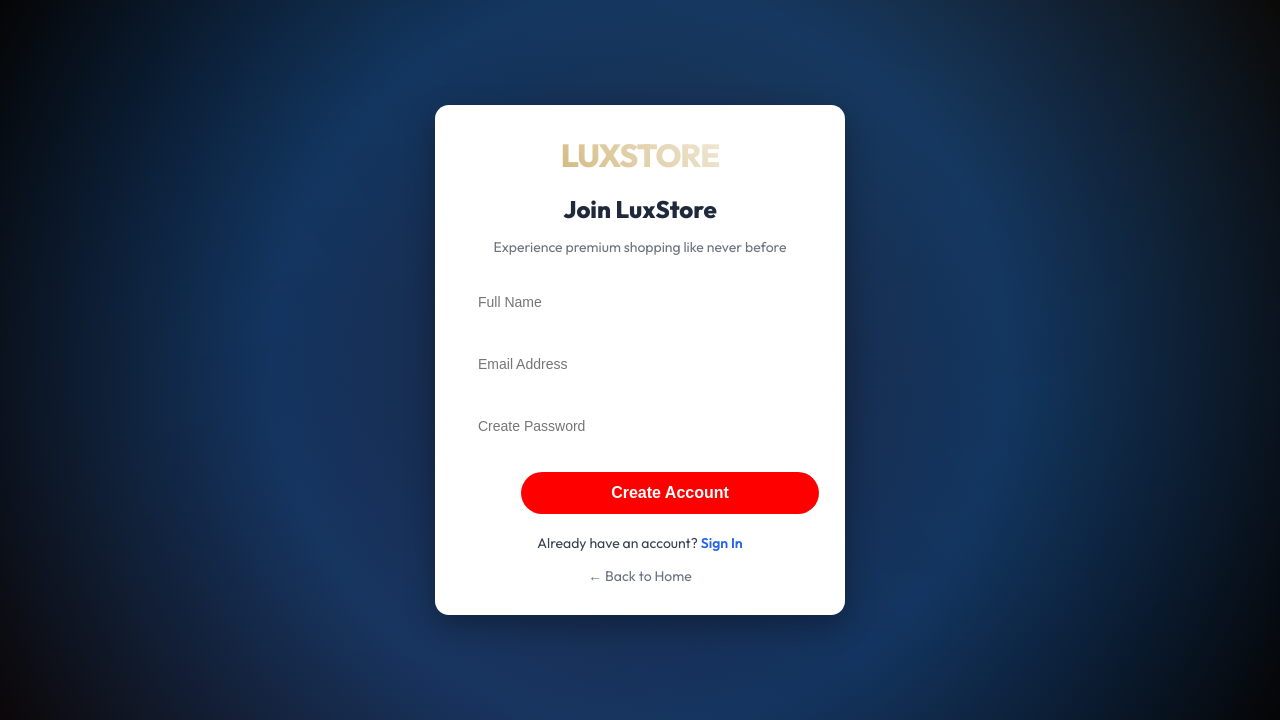
Repository: pradeepkumarh-17/Ecommerce
Page: http://localhost/EcomStore/views/auth/register.jsp
The author's editor kept a copy of each file at every save. The page is drawn from the files as they stood at one save, then again after the next save.
The browser window is 1280 px wide. The pictures show the whole page.
Some web libraries are served in a nearby version. The page is served by Tomcat 10.

Above is the page before, as saved 2026-05-04 17:39:55.

After the next save:
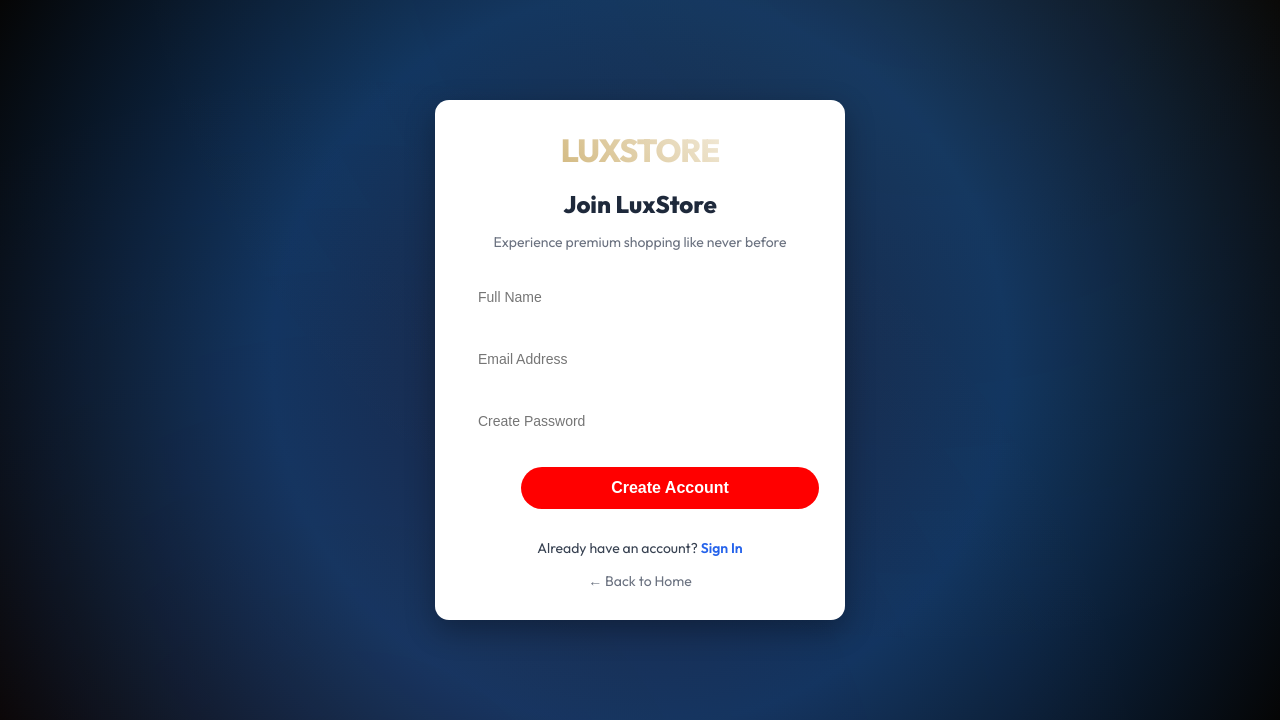
Saved 20 s later.
--- a/EcomStore/src/main/webapp/assets/css/auth.css
+++ b/EcomStore/src/main/webapp/assets/css/auth.css
@@ -232,5 +232,5 @@ button,
 
 .auth-box button {
     width: 85%;
-    margin: 20px auto;
-}
+    margin: 30px auto;
+}
